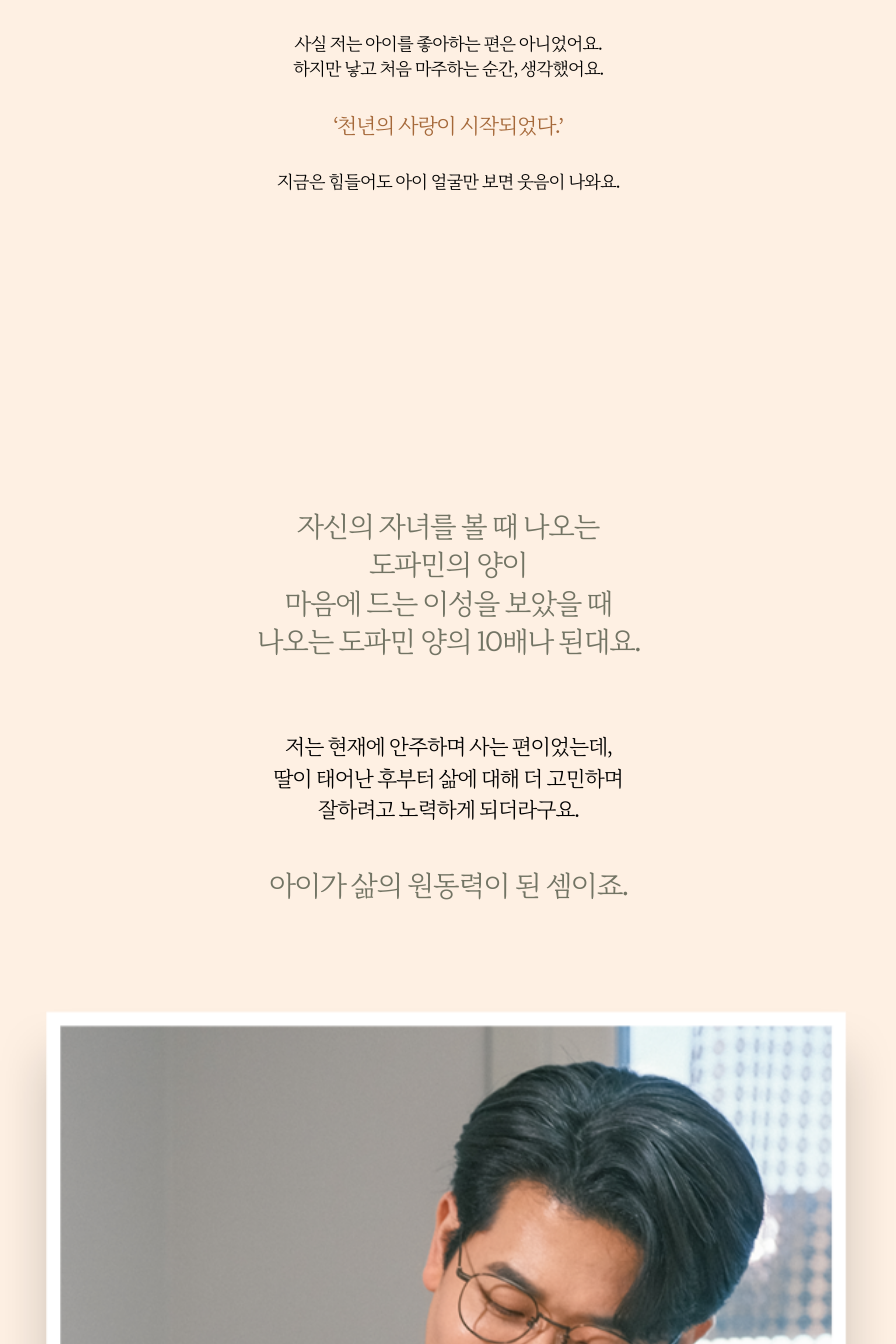
Repository: dlgywls1130/saveTheChildren_2024
Page: index.html
These files come from the project's save history. The page is drawn as it stood at one moment and after the next save; the edit follows.
The browser window is 1280 px wide. The pictures show the part of the page from y = 4580 to 6500 px (the page is 16067 px tall), at 70% of full size.
Some web fonts or font styles are not loaded; a fallback is used. The style sheet was rebuilt from its Sass, Less or Tailwind sources for each picture, by a compiler version that may differ from the author's.

Above is the page before, as saved 2024-11-03 21:08:46.

### index.html
<!DOCTYPE html>
<html lang="en">
<head>
    <meta charset="UTF-8">
    <meta name="viewport" content="width=device-width, initial-scale=1.0">
    <title>Document</title>

    <link rel="stylesheet" href="./css/common.css">
</head>
<body>

    <!-- main -->
    <section class="main_container">
        <div class="container">
            <div class="logo_title mb-40">
                <img src="./images/logo.png" alt="logo">
                <p>우리 아기 좋은 날 기부</p>
            </div>

            <p class="sub_title mb-40">
                의사 오진승, 아나운서 김도연 가족과 함께하는
            </p>

            <h2 class="mb-30">우리 아기<br>좋은 날 일기</h2>

            <p class="sub_span_text mb-40">
                여러분은 자녀의 소중한 순간을<br>
                어떻게 기념 하시나요?
            </p>

            <p class="sub_descript mb-60">
                보통 사진을 찍고 영상을 남기는<br> 분들이 많으실 거에요. <br>
                우리 아이의 소중한 날을<br> 특별하게 기념하는 방법을<br>
                소개해드릴게요
            </p>

            <a href="#" class="record_btn">
                <img src="/images/pencle.png" alt="pencle">
                <p>우리 아기 좋은 날 기록하기</p>
            </a>
        </div>
    </section>

    <!-- 스토리섹션 -->

    <section class="story_section">
        <div class="container pt-100">

            <!-- 영상 -->
            <div class="video_container mb-150 ">
                <video></video>
            </div>

            <div class="story_01 mb-70">
                <p class="s01 mb-60">
                    “유튜브 <닥터프렌즈>를 운영하는<br> 정신과 전문의 오진승,
                    <br>KBS 전 아나운서, 현 프리랜서 방송인 김도연입니다.
                </p>

                <p class="s01_1 mb-60">
                    세이브더칠드런과는 자립지원아동들과<br> 미혼모가정을 위해
                    <br>기부하며 인연을 이어오고 있습니다.
                </p>

                <p class="s01_2">
                    지난 4월, 첫 딸 수빈이가 저희에게 찾아와 주었어요.”
                </p>

                <img src="/images/s1_1.png" alt="story">
            </div>


            <div class="story_02 mb-150">
                <div class="story_02_01">
                    <div class="story_image">
                        <img src="/images/s2_1.png" alt="stroy">
                    </div>
                    <div class="story_text-contain py-150">
                        <p class="story_text_01 mb-50">
                            아이가 태어나고 많은 것이 바뀌었습니다.
                        </p>
                        <p class="story_text_02 mb-50">
                            사실 저는 아이를 좋아하는 편은 아니었어요.
                            <br>하지만 낳고 처음 마주하는 순간, 생각했어요.
                        </p>
                        <p class="story_text_03 mb-50">
                            ‘천년의 사랑이 시작되었다.’
                        </p>

                        <p class="story_text_04">
                            지금은 힘들어도 아이 얼굴만 보면 웃음이 나와요.
                        </p>
                    </div>


                </div>
            </div>

            <div class="story_03 mb-200">
                <div class="story_03_01">
                    <div class="story_text-contain py-150">
                        <p class="story_text_01 mb-100">
                            자신의 자녀를 볼 때 나오는
                            <br>도파민의 양이
                            <br>마음에 드는 이성을 보았을 때
                            <br>나오는 도파민 양의 10배나 된대요.
                        </p>
                        <p class="story_text_02 mb-60">
                            저는 현재에 안주하며 사는 편이었는데,
                            <br>딸이 태어난 후부터 삶에 대해 더 고민하며
                            <br>잘하려고 노력하게 되더라구요.
                        </p>
                        <p class="story_text_03">
                            아이가 삶의 원동력이 된 셈이죠.
                        </p>

                    </div>

                    <div class="story_image">
                        <img src="/images/s3_1.png" alt="stroy">
                    </div>



                </div>
            </div>

            <div class="story_04">
                <div class="story04_01 mb-150">

                    <div class="story_image">
                        <img src="/images/s4_1.png" alt="stroy">
                    </div>

                    <div class="story_text-contain py-100">
                        <p class="story_text_01 mb-60">
                            요즘은 수빈이와 함께
                            <br>놀이터 갈 날을
                            <br>손꼽아 기다리고 있어요.
                        </p>
                        <p class="story_text_02">
                            아직 말귀도 못 알아듣는 아이한테
                            <br>“너 언제 커서 아빠랑 놀이터 갈래?”
                            <br>묻고는 하죠.
                        </p>

                    </div>

                </div>

                <div class="story04_02 mb-200">

                    <div class="story_text-contain pt-30">
                        <p class="story_text_01 mb-50">
                            한편으로는 아이를 정신없이 키우다 보니
                            <br>탄생의 순간이 희미해지고 있었어요.
                        </p>
                        <p class="story_text_02">
                            우리 아기 좋은 날 캠페인에 참여해서
                            <br>직접 <span>기념일 이야기를 담은 후원감사증서</span>를 받아보니,
                            <br>그때 생각이 나서 너무 좋았어요.
                        </p>

                    </div>

                    <div class="story_image">
                        <img src="/images/s4_2.png" alt="stroy">
                    </div>

                </div>
            </div>

            <div class="story_05">
                <div class="story_05_01 pt-120 pb-60 px-60 mb-150">
                    <div class="img_story">
                        <img src="/images/s5_1.png">
                    </div>
                    <div class="story_text">
                        “아이가 건강하게 발달단계를 해내는
                        <br>소중한 순간에 기부를 하면
                        <br>수빈이가 더 건강하고,행복하게
                        <br>자라게 되지 않을까요?
                        <br>
                        <br>소중한 순간마다 기부하고
                        <br>앨범처럼 남겨서 보여주면
                        <br>자랑스러운 부모가 될 것 같아요”
                    </div>
                </div>

                <div class="story_05_02 px-60 mb-150">

                    <div class="story_text">
                        “저는 칭찬 받거나 스스로에게 자부심을
                        <br>느낀 순간은 오래 기억된다고 생각해요.
                        <br>
                        <br>내 아이에게 ‘네가 첫 양치질을 잘 해낸
                        <br>기념으로  다른 친구를 도왔어.’ 라고
                        <br>말해준다면 그 뿌듯함을 밑거름으로
                        <br>자기 자신과 다른 사람 모두 사랑할 수 있는
                        <br>아이로 성장하지 않을까요?”
                    </div>

                    <div class="img_story">
                        <img src="/images/s5_2.png">
                    </div>

                </div>


                <div class="middle_cotain pb-100">
                    <p class="mb-70">첫 걸음마, 첫돌, 처음 엄마 아빠를 부른 날, 처음 비를 맞아본 날,
                    <br>처음 놀이터에 간 날, 그 소중한 순간을 기부로 기록해 보세요.</p>

                    <p class="mb-200">후원해주신 모든 분들께 직접 작성한 기념일 이야기가 담긴 <span>후원감사증서</span>를 드리며,
                    <br>30만원 이상 후원해 주신 분들께는 이름을 수놓은 <span>순면거즈블랭킷</span>을 증정하고 있습니다. </p>

                    <div class="middle_image mb-100">
                        <div class="middel_left">
                            <img src="/images/s6_1.png">
                        </div>
                        <div class="middel_right">
                            <img src="/images/s6_2.png">
                        </div>

                        <a href="#">
                            <img src="/images/floating.png" class="float_image">
                        </a>

                    </div>


                    <a href="#" class="record_btn">
                        <img src="/images/pencle.png" alt="pencle">
                        <p>우리 아기 좋은 날 기록하기</p>
                    </a>
                </div>



            </div>

        </div>


    </section>

    <!-- info -->

    <section class="sponsor_section">

        <div class="container py-150">

            <!-- 후원신청 -->
            <div class="sponsor-container pt-100 mb-150">
                <h2 class="mb-80">후원신청 과정</h2>

                <div class="sponsor_list  mb-80">
                    <div class="sponsor_list_inner">
                        <div class="list-inner-img">
                            <img src="/images/circle_1.png" alt="sponsor">
                        </div>
                        <p>후원신청하기</p>

                    </div>
                    <span class="arrow-img"><img src="/images/arrow.png"></span>
                    <div class="sponsor_list_inner">
                        <div class="list-inner-img">
                            <img src="/images/circle_2.png">
                        </div>
                        <p>후원감사증서<br>메시지 적기</p>

                    </div>
                    <span class="arrow-img"><img src="/images/arrow.png"></span>
                    <div class="sponsor_list_inner">
                        <div class="list-inner-img">
                            <img src="/images/circle_3.png">
                        </div>
                        <p>신청완료</p>

                    </div>
                    <span class="arrow-img"><img src="/images/arrow.png"></span>
                    <div class="sponsor_list_inner">
                        <div class="list-inner-img">
                            <img src="/images/circle_4.png">
                        </div>
                        <p>후원감사증서 발송<br>(1주일이내)</p>

                    </div>
                </div>

                <p class="info-span">30만원 이상 후원자 분들께는 순면거즈블랭킷 제작을 위한 문자가 별도 발송됩니다. (후원 2-3일 이내)</p>
            </div>


            <div class="sponsor-inner mb-150">
                <h2 class="mb-100">후원금, 이렇게 쓰여요!</h2>

                <p class="mb-100">
                    세이브더칠드런은 국내외 아동을 대상으로
                    <br>생계지원, 의료지원,  영유아용품지원, 재해재난 상황에서의
                    <br>긴급구호 등의 활동을 진행하고 있습니다.
                    <br>
                    <br>보내주신 후원금은 정치, 종교, 인종에 관계없이
                    <br>모든 아이들을 구해야 한다는  세이브더칠드런의 신념에 따라
                    <br>가장 도움 필요한 아이를 위해 우선 사용됩니다.

                </p>

                <img src="/images/baby.png">
            </div>

            <div class="faq_section">
                <div class="container">
                    <h2 class="mb-40">FAQ</h2>

                    <ul class="faq_list">
                        <li>
                            <div class="faq_question">
                                <img src="/images/leaves.png">
                                <p>30만원 이상 후원했습니다. 거즈 순면 블랭킷은 언제 오나요?</p>
                            </div>
                            <div class="faq_answer">
                                우리 아기 좋은 날 기부로 30만원 이상 후원자님들께는 담요에 수놓을 아기 이름과 선물 수령 주소
                                <br>확인을 위한 문자가 발송됩니다. 02-6900-4479로 발송되는 문자 속 설문조사에 답해주세요.
                                <br>확인을 완료하신 분들께는 블랭킷 제작을 담당하고 있는 조니 스튜디오에서 아기 이름 자수
                                <br>작업 완료 후 배송해 드립니다.

                            </div>
                        </li>
                        <li>
                            <div class="faq_question">
                                <img src="/images/leaves.png">
                                <p>순면 거즈 블랭킷, 안전한 제품인가요? </p>
                            </div>
                            <div class="faq_answer">
                                본 블랭킷은 워싱된 3중 거즈로 제작되었으며, KC안전검사를 완료하였습니다.
                                <br>소재 특성상 섬유 조각이 발생할 수 있어 망에 넣지 않고 3번 정도 물빨래 하시는 것을 권장합니다.

                            </div>
                        </li>
                        <li>
                            <div class="faq_question">
                                <img src="/images/leaves.png">
                                <p>순면 거즈 블랭킷을 받았는 데 하자가 있어요. 어떻게 해야 하나요? </p>
                            </div>
                            <div class="faq_answer">
                                물품에 동봉된 조니스튜디오 연락처로 연락 부탁드립니다. 하자 물품에 대한 교환은 수령일로부터
                                <br>7일 이내에 조니스튜디오에 연락해주셔야 하며, 이로 인한 후원금 환불은 어렵습니다.

                            </div>
                        </li>
                        <li>
                            <div class="faq_question">
                                <img src="/images/leaves.png">
                                <p>후원감사증서에 넣을 수 있는 사진 사이즈는 얼마인가요?</p>
                            </div>
                            <div class="faq_answer">
                                사진 인화 사이즈 5*7 인치에 맞추어서 제작되었습니다.  그보다 작은 사진일 경우,
                                <br>후원감사증서  내부의 주머니에 넣어 보관하실 수도  있습니다.

                            </div>
                        </li>
                    </ul>
                </div>
            </div>
        </div>

    </section>


</body>
</html>

Loaded but not shown: css/common.scss (992 lines, source omitted)

After the next save:
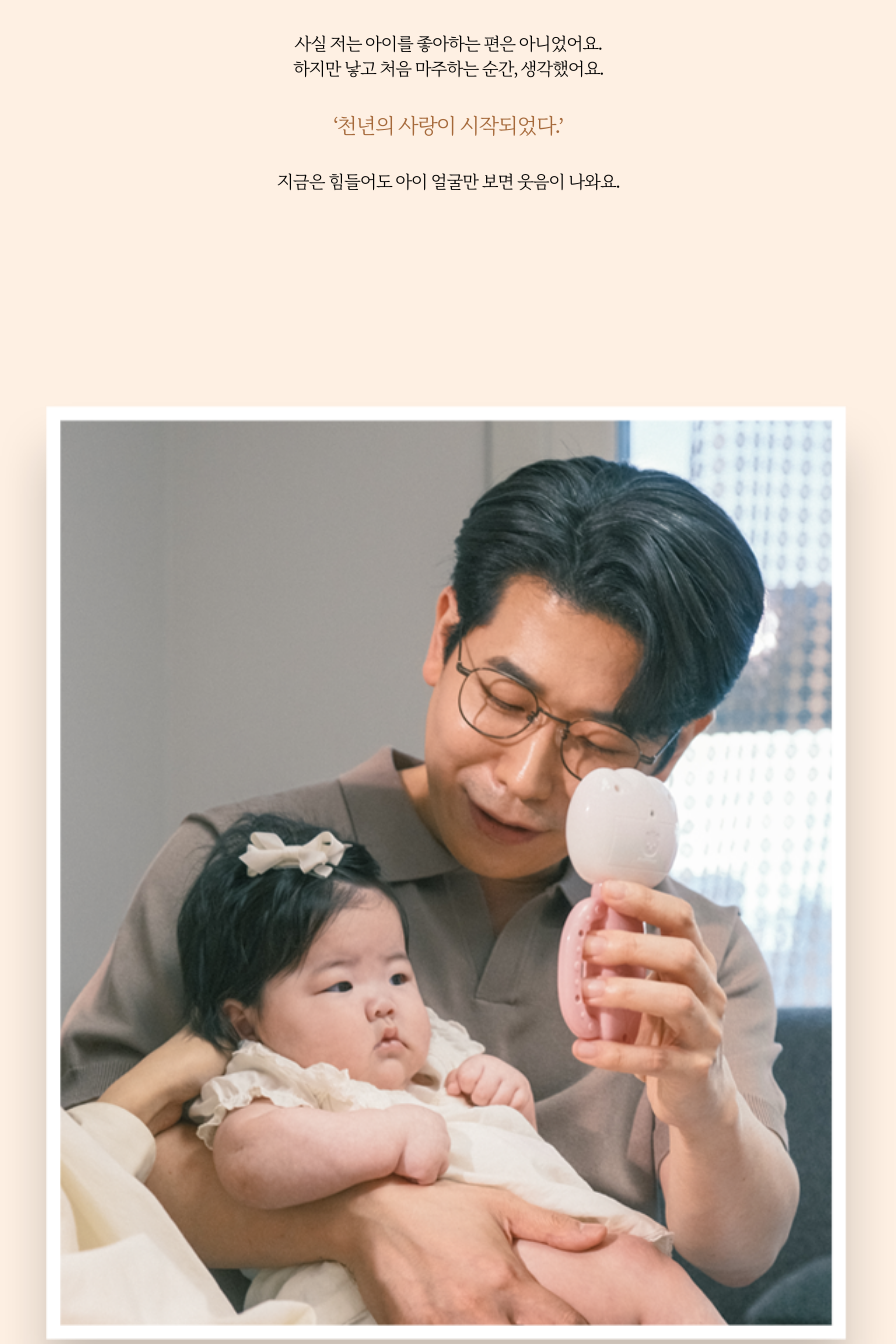
Saved 39 s later.
--- a/index.html
+++ b/index.html
@@ -98,6 +98,11 @@
 
             <div class="story_03 mb-200">
                 <div class="story_03_01">
+
+                    <div class="story_image">
+                        <img src="/images/s3_1.png" alt="stroy">
+                    </div>
+
                     <div class="story_text-contain py-150">
                         <p class="story_text_01 mb-100">
                             자신의 자녀를 볼 때 나오는
@@ -115,12 +120,6 @@
                         </p>
 
                     </div>
-
-                    <div class="story_image">
-                        <img src="/images/s3_1.png" alt="stroy">
-                    </div>
-
-
 
                 </div>
             </div>
